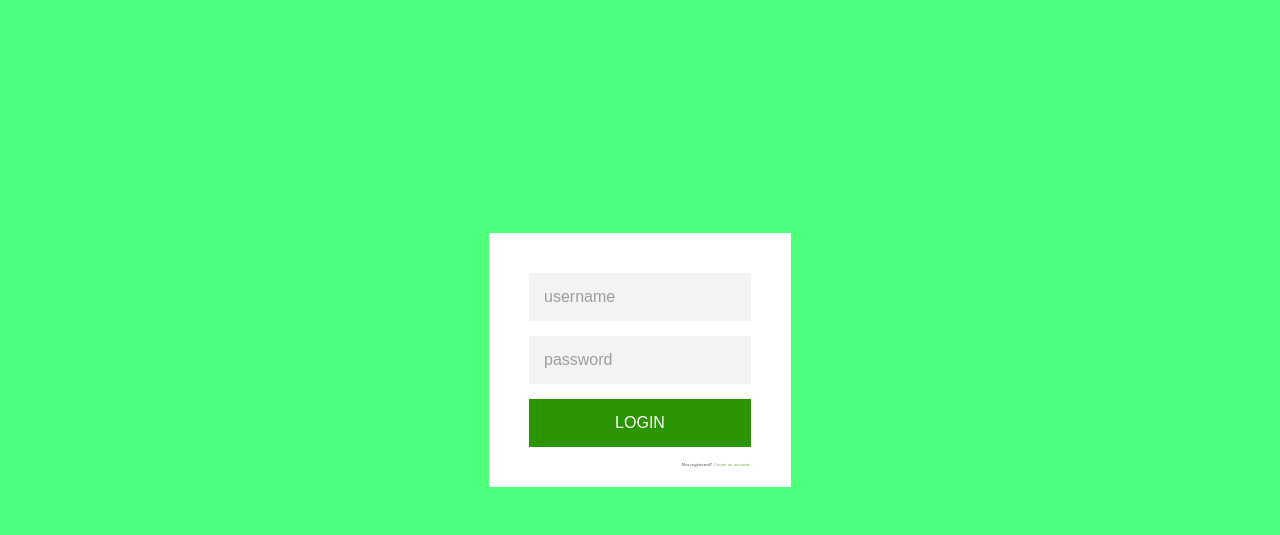
Repository: taka-sama/HTML-CSS-JS
Page: web00-lite/ex2/public_html/index.html
An editor plug-in stored every save of this project. The page is shown before and after the next save, followed by the edit.
The browser window is 1280 px wide. The pictures show the whole page.
The style sheet was rebuilt from its Sass, Less or Tailwind sources for each picture, by a compiler version that may differ from the author's.

Above is the page before, as saved 2022-01-04 18:26:10.

### web00-lite/ex2/public_html/index.html
<!DOCTYPE html>
<html lang="en">
<head>
  <meta charset="UTF-8">
  <meta http-equiv="X-UA-Compatible" content="IE=edge">
  <meta name="viewport" content="width=device-width, initial-scale=1.0">
  <title>web00-lite/ex2</title>
  <link rel="stylesheet" href="style.css">
</head>
<body>
  <div class="wrapper">
    <div class="form-content">
      <ul class="form-list">
        <li class="list-content">
          <form method="POST" action="#">
            <input type="text" name="NAME" placeholder="username">
          </form>
        </li>
        <li class="list-content">
          <form method="POST" action="#">
            <input type="password" name="NAME" placeholder="password">
          </form>
        </li>
        <li class="list-content">
          <button class="content-button">LOGIN</button>
        </li>
        <!-- <li class="list-content">
          <p>Not registered? <a href="#">Create an account</a></p>
        </li> -->
      </ul>
      <p class="form-text">Not registered? <a href="#">Create an account</a></p>
    </div>
  </div>
</body>
</html>

### web00-lite/ex2/public_html/style.scss
body {
  background-color: rgb(77, 255, 121);
}

.form-content {
  padding: 40px;
  background-color: #fff;
  display: inline-block;
  text-align: center;
  position: absolute;
  top: 50%;
  left: 50%;
  transform: translateY(-50%) translateX(-50%);
}

.form-list {
  margin: 0;
  padding: 0;
  list-style: none;
  font-size: 16px;

  .list-content {
    &:first-child, &:nth-child(2) {
      input {
        background-color: rgb(238, 238, 238);
        border: 0;
        font-size: 16px;
        padding: 15px;
        padding-right: 0;
        width: 100%;
        box-sizing: border-box;
        opacity: 0.7;
      }
    }
    &:not(:first-child) {
      margin-top:  15px;
    }
    &:nth-child(3) button {
      padding: 15px;
      background-color: rgb(44, 149, 2);
      color: white;
      border: 0;
      font-size: 16px;
      width: 100%;
    }
    &:nth-child(3) {
      // font-size: 12px;
      margin-top: 15px;
      p {
        opacity: 0.7;
        margin: 0;
      }
      a {
        color: rgb(44, 149, 2);
        text-decoration: none;
      }
    }
  }
}

.form-text {
  font-size: 5px;display: inline;
  padding: 15px 0 0 0;
  opacity: 0.7;
  margin: 0;
  width: 50%;
  text-align: center;
  margin: 0 auto;position: absolute;
  a {
    color: rgb(44, 149, 2);
    text-decoration: none;
  }
}

After the next save:
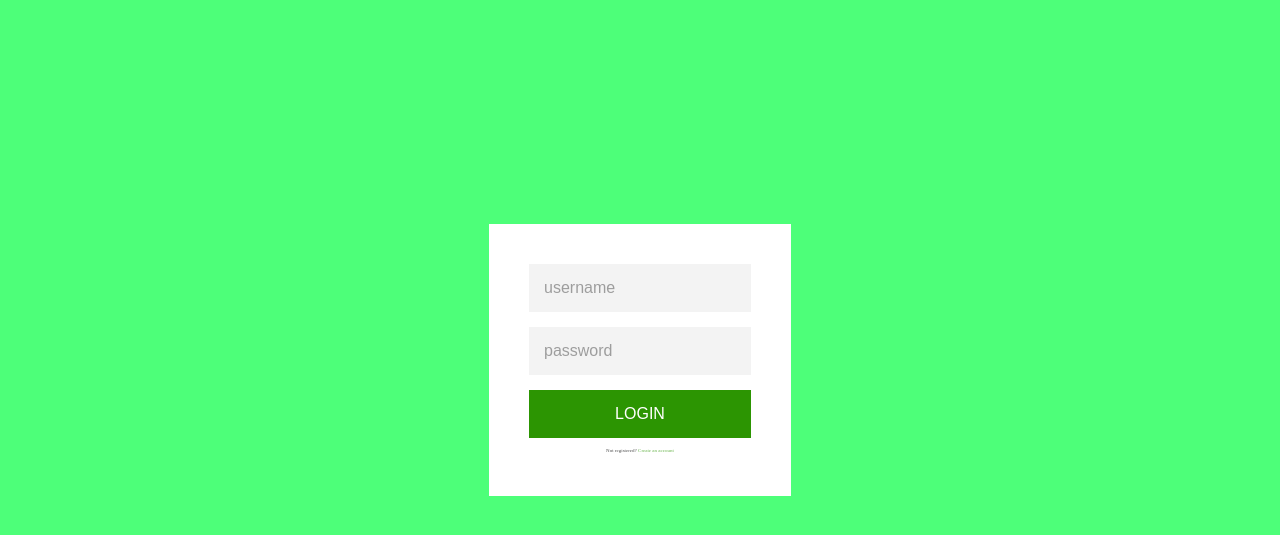
Saved 15 s later.
--- a/web00-lite/ex2/public_html/style.scss
+++ b/web00-lite/ex2/public_html/style.scss
@@ -65,7 +65,7 @@
   margin: 0;
   width: 50%;
   text-align: center;
-  margin: 0 auto;position: absolute;
+  margin: 0 auto;
   a {
     color: rgb(44, 149, 2);
     text-decoration: none;
